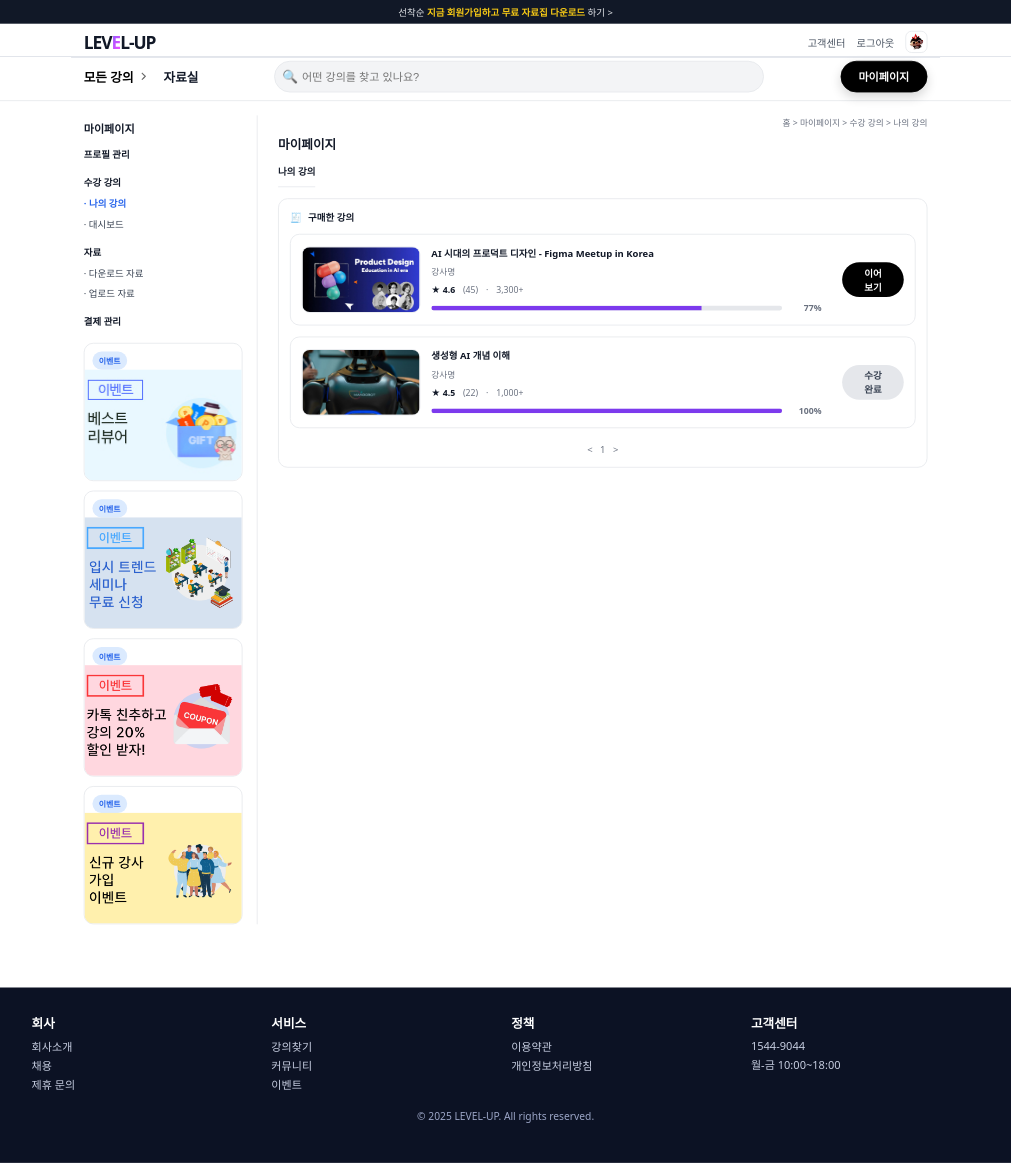
Repository: Iimchaehoon/level_up
Page: mypage.html
These files come from the project's save history. The page is drawn as it stood at one moment and after the next save; the edit follows.
The browser window is 1280 px wide. The pictures show the whole page, at 79% of full size.

Above is the page before, as saved 2025-12-16 23:16:00.

### mypage.html
<!doctype html>
<html lang="ko">
<head>
  <meta charset="UTF-8" />
  <meta name="viewport" content="width=device-width,initial-scale=1" />
  <title>마이페이지 | LEVEL-UP</title>

  <link rel="stylesheet" href="styles.css" />

  <style>
    :root{
      --gray-50:#f9fafb; --gray-100:#f3f4f6; --gray-200:#e5e7eb; --gray-300:#d1d5db;
      --gray-400:#9ca3af; --gray-500:#6b7280; --gray-600:#4b5563; --gray-700:#374151;
      --black:#111827; --primary:#2563eb;
    }
    *{ box-sizing:border-box; }
    body{ margin:0; font-family:"Noto Sans KR",system-ui,-apple-system,BlinkMacSystemFont,"Segoe UI",sans-serif; background:#fff; color:var(--black); }
    a{ color:inherit; text-decoration:none; }
    img{ max-width:100%; display:block; }
    button{ font-family:inherit; }

    /* ✅ 커서 */
    .brand,.nav-util,.menu-title,.profile-avatar,.mypage-btn{ cursor:pointer; }

    /* ───────── 상단 공지 ───────── */
    .topbar{ background:#111827; color:#e5e7eb; font-size:12px; text-align:center; padding:6px 16px; }
    .topbar strong{ color:#facc15; font-weight:600; }

    /* ───────── 헤더(네가 준 구조 그대로) ───────── */
    .header{ background:#fff; border-bottom:1px solid var(--gray-200); position:sticky; top:0; z-index:20; }
    .header-top{
      display:flex; align-items:center; justify-content:space-between;
      max-width:1100px; margin:0 auto; padding:8px 16px 4px;
    }
    .brand{ font-size:22px; font-weight:800; letter-spacing:-0.06em; }
    .brand__e{
      display:inline-block;
      background:linear-gradient(120deg,#7b5cff,#ff4bff);
      -webkit-background-clip:text; color:transparent;
    }
    .header-top__right{ display:flex; align-items:center; gap:14px; font-size:13px; }
    .nav-util{ color:var(--gray-600); }
    .profile-avatar{
      width:28px; height:28px; border-radius:8px; object-fit:cover; border:1px solid var(--gray-200);
    }

    .header-bottom{
      display:grid;
      grid-template-columns:auto minmax(260px,1fr) auto;
      align-items:center; gap:16px;
      max-width:1100px; margin:0 auto;
      padding:4px 16px 10px;
      border-top:1px solid rgba(148,163,184,.35);
    }
    .header-bottom__left{ display:flex; align-items:center; gap:16px; }
    .menu-title{
      background:none; border:none; padding:6px 0; font:inherit;
      font-weight:600; display:inline-flex; align-items:center; gap:4px;
    }
    .menu-title:hover{ color:var(--primary); }

    .header-bottom__center{ display:flex; justify-content:center; }
    .header-bottom__right{ display:flex; justify-content:flex-end; }

    .nav__search{ position:relative; max-width:620px; width:100%; }
    .nav__search input{
      width:100%;
      padding:11px 14px 11px 34px;
      border-radius:999px;
      border:1px solid var(--gray-200);
      background:var(--gray-100);
      font-size:14px;
    }
    .icon-search{
      position:absolute; left:10px; top:50%; transform:translateY(-50%);
      font-size:16px; color:var(--gray-600);
      cursor:default;
    }

    .menu-toggle-icon{
      width:18px; height:18px;
      background-image:url("./assets/Button_1.png");
      background-size:contain; background-repeat:no-repeat; background-position:center;
      transform:rotate(0deg);
      transform-origin:center;
      transition:transform .15s ease;
    }
    .menu-toggle-icon.open{ transform:rotate(90deg); }

    .btn{
      border-radius:12px;
      border:1px solid transparent;
      padding:10px 16px;
      font-weight:600;
      cursor:pointer;
      background:#fff;
      color:var(--black);
      transition:all .2s ease;
    }
    .btn.mypage-btn{
      border-radius:999px;
      background:#000;
      color:#fff;
      padding:9px 22px;
      font-size:14px;
      border:1px solid #000;
    }
/* ✅ 마이페이지 버튼: 은은한 입체감 + 자연스러운 hover/active */
.btn.mypage-btn{
  box-shadow: 0 6px 14px rgba(0,0,0,0.16);
  transition: background-color .18s ease, box-shadow .18s ease, transform .18s ease;
}

.btn.mypage-btn:hover{
  background: rgba(0,0,0,0.86);          /* 너무 밝게 안 바뀌게 */
  box-shadow: 0 8px 18px rgba(0,0,0,0.18);
  transform: translateY(-1px);           /* 아주 살짝만 */
}

.btn.mypage-btn:active{
  background: rgba(0,0,0,0.78);
  box-shadow: 0 4px 10px rgba(0,0,0,0.14);
  transform: translateY(1px);            /* 눌림 느낌 */
}
/* 마이페이지 버튼: 마우스 오버 시 포인터 */
.btn.mypage-btn{
  cursor: pointer;
}

    /* 드롭다운 */
    .nav-dropdown{
      display:none;
      position:absolute;
      top:0; left:0;
      background:#fff;
      border-radius:18px;
      box-shadow:0 20px 40px rgba(15,23,42,.18);
      padding:10px 0;
      min-width:260px;
      z-index:30;
    }
    .nav-dropdown__list{ list-style:none; margin:0; padding:0; }
    .nav-dropdown__item{
      display:flex; align-items:center; gap:10px;
      padding:8px 16px; font-size:14px; white-space:nowrap;
      cursor:pointer;
    }
    .nav-dropdown__item + .nav-dropdown__item{ border-top:1px solid var(--gray-200); }
    .nav-dropdown__item:hover{ background:var(--gray-50); }
    .nav-dropdown__icon{ width:22px; height:22px; object-fit:contain; }

    /* ───────── 마이페이지 레이아웃 ───────── */
    .mypage-wrap{
      max-width:1100px;
      margin:0 auto;
      padding:18px 16px 80px;
      display:grid;
      grid-template-columns:220px 1fr;
      gap:26px;
    }
    .side{ border-right:1px solid var(--gray-200); padding-right:18px; }
    .side__title{ font-size:14px; font-weight:900; margin:6px 0 14px; }
    .side__group{ margin-bottom:18px; }
    .side__group h4{ margin:0 0 8px; font-size:12px; font-weight:900; color:var(--black); }
    .side__links{ display:flex; flex-direction:column; gap:8px; font-size:12px; }
    .side__links a{ color:var(--gray-700); }
    .side__links a.active{ color:var(--primary); font-weight:900; }

    /* ✅ 광고(lecture/img5~img8) — 꽉 차게 */
    .side__cards{ margin-top:14px; display:flex; flex-direction:column; gap:12px; }
    .evt{ border:1px solid var(--gray-200); border-radius:12px; overflow:hidden; background:#fff; }
    .evt__badge{
      display:inline-block;
      font-size:10px; font-weight:900;
      padding:4px 8px;
      background:#dbeafe; color:var(--primary);
      border-radius:999px;
      margin:10px 10px 0;
    }
    .evt img{
      width:100%;
      height:140px;         /* ✅ 캡처처럼 카드 높이 고정 */
      object-fit:cover;     /* ✅ 꽉 차게 */
      display:block;
    }

    .main__crumb{ font-size:11px; color:var(--gray-500); text-align:right; margin:0 0 8px; }
    .main__title{ font-size:16px; font-weight:900; margin:6px 0 14px; }
    .tab-title{
      font-size:12px; font-weight:900;
      margin:0 0 14px; padding-bottom:10px;
      border-bottom:1px solid var(--gray-200);
      width:fit-content;
    }
    .block{ border:1px solid var(--gray-200); border-radius:12px; padding:14px; background:#fff; }
    .block__head{ display:flex; align-items:center; gap:8px; font-size:12px; font-weight:900; margin-bottom:12px; }

    .course-list{ display:flex; flex-direction:column; gap:14px; }
    .course-card{
      border:1px solid var(--gray-200);
      border-radius:12px;
      padding:14px;
      display:grid;
      grid-template-columns:150px 1fr 90px;
      gap:14px;
      align-items:center;
      background:#fff;
    }
    .course-thumb{
      width:150px; height:84px;
      border-radius:10px; overflow:hidden;
      border:1px solid var(--gray-200);
      background:var(--gray-100);
    }
    .course-thumb img{ width:100%; height:100%; object-fit:cover; }
    .course-info .course-name{ font-size:12px; font-weight:900; margin:0 0 6px; }
    .course-info .teacher{ font-size:11px; color:var(--gray-500); margin:0 0 8px; }
    .meta-row{ display:flex; align-items:center; gap:10px; font-size:11px; color:var(--gray-500); margin-bottom:8px; }
    .stars{ color:var(--black); font-weight:900; }
    .progress-row{ display:flex; align-items:center; gap:10px; }
    .progress{ flex:1; height:6px; background:var(--gray-200); border-radius:999px; overflow:hidden; }
    .progress > span{ display:block; height:100%; background:#7c3aed; }
    .pct{ font-size:11px; color:var(--gray-500); width:40px; text-align:right; font-weight:900; }
    .course-action{ display:flex; justify-content:flex-end; }
    .btn-action{
      width:78px; height:44px;
      border-radius:999px; border:none;
      cursor:pointer; font-size:12px; font-weight:900;
    }
    .btn-action.black{ background:#000; color:#fff; }
    .btn-action.gray{ background:var(--gray-200); color:var(--gray-700); }
    .pager{ margin-top:18px; text-align:center; font-size:12px; color:var(--gray-500); user-select:none; }

    @media (max-width: 980px){
      .mypage-wrap{ grid-template-columns:1fr; }
      .side{ border-right:none; padding-right:0; }
      .course-card{ grid-template-columns:120px 1fr; grid-template-rows:auto auto; }
      .course-action{ grid-column:1 / -1; justify-content:flex-end; }
      .course-thumb{ width:120px; height:72px; }
    }
    /* ✅ 구매한 강의 카드: hover/active 효과 + 클릭 커서 */
.course-card{
  cursor: pointer;
  transition: transform .18s ease, box-shadow .18s ease, border-color .18s ease;
}
.course-card:hover{
  transform: translateY(-3px);
  box-shadow: 0 12px 24px rgba(15,23,42,.08);
  border-color: var(--gray-300);
}
.course-card:active{
  transform: translateY(-1px);
}

/* 카드 안 버튼은 카드 클릭과 분리 */
.course-card .btn-action{ cursor: pointer; }
/* 구매한 강의 카드: 기본 */
.course-card{
  cursor: pointer;
}

/* hover는 기존 유지 */

/* ✅ 클릭(active) 시 파란 아웃라인만 */
.course-card:active{
  outline: 2px solid var(--primary);
  outline-offset: -2px;
}
.footer {
  background: #0c1224;
  color: #c7cee1;
  padding: 32px 24px 50px;
}

.footer__links {
  max-width: 1200px;
  margin: 0 auto 18px;
  display: grid;
  grid-template-columns: repeat(auto-fit, minmax(180px, 1fr));
  gap: 14px;
}

.footer h4 {
  margin: 0 0 8px;
  color: #ffffff;
}

.footer a {
  display: block;
  margin: 4px 0;
  font-size: 14px;
}

.footer__copy {
  margin: 0;
  text-align: center;
  font-size: 13px;
  color: #9ca6c7;
}
  </style>
</head>

<body>
  <div class="topbar">
    선착순 <strong>지금 회원가입하고 무료 자료집 다운로드</strong> 하기 &gt;
  </div>

  <!-- ✅ 헤더: 네가 준 구조 그대로 -->
  <header class="header">
    <div class="header-top">
      <div class="header-top__left">
        <a href="index.html" class="brand">LEV<span class="brand__e">E</span>L-UP</a>
      </div>
      <div class="header-top__right header-top__right--authed">
        <span class="nav-util">고객센터</span>
        <span class="nav-util">로그아웃</span>
        <img class="profile-avatar" src="./assets/ddd_thumbnail.png" alt="프로필" />
      </div>
    </div>

    <div class="header-bottom">
      <div class="header-bottom__left">
        <button class="menu-title has-dropdown" id="allLecturesBtn" type="button">
          <span>모든 강의</span>
          <span class="menu-toggle-icon" id="menuToggleIcon" aria-hidden="true"></span>
        </button>
        <a class="menu-title" href="./board_free.html">자료실</a>
      </div>

      <div class="header-bottom__center">
        <div class="nav__search">
          <span class="icon-search">🔍</span>
          <input type="text" placeholder="어떤 강의를 찾고 있나요?" />
        </div>
      </div>

      <div class="header-bottom__right">
        <button class="btn mypage-btn" type="button" data-nav="mypage">마이페이지</button>
      </div>
    </div>

    <div class="nav-dropdown" id="navDropdown">
      <ul class="nav-dropdown__list">
        <li class="nav-dropdown__item js-go-ai-basic">
          <img src="./assets/9342101 1.png" alt="" class="nav-dropdown__icon" />
          <span>AI 기초 이해 · 리터러시</span>
        </li>
        <li class="nav-dropdown__item">
          <img src="./assets/9a04e59f-39b9-42de-9d05-d933becf10b4 1.png" alt="" class="nav-dropdown__icon" />
          <span>업무 효율 향상</span>
        </li>
        <li class="nav-dropdown__item">
          <img src="./assets/son-eul-jabgo-huinsaeg-baegyeong-3d-geulim-e-keullibbodeue-chekeuliseuteu-sincheongseo-munseo-jagseong (1) 1.png" alt="" class="nav-dropdown__icon" />
          <span>교육 자료 제작</span>
        </li>
        <li class="nav-dropdown__item">
          <img src="./assets/9731562 1.png" alt="" class="nav-dropdown__icon" />
          <span>원생 관리</span>
        </li>
        <li class="nav-dropdown__item">
          <img src="./assets/10316159 1.png" alt="" class="nav-dropdown__icon" />
          <span>상담 업무</span>
        </li>
        <li class="nav-dropdown__item">
          <img src="./assets/63624731-5ef5-4ba4-8c7f-82a551538336 1.png" alt="" class="nav-dropdown__icon" />
          <span>강의 기획 · 교육 설계</span>
        </li>
        <li class="nav-dropdown__item">
          <img src="./assets/9d016f34-375d-4ba7-8c87-c7b0c5c7740b 1.png" alt="" class="nav-dropdown__icon" />
          <span>강의 홍보 · 피드백</span>
        </li>
        <li class="nav-dropdown__item">
          <img src="./assets/04f8dee7-4018-491e-96a9-dbf9a50d942b 1.png" alt="" class="nav-dropdown__icon" />
          <span>자료 · 로고 디자인</span>
        </li>
        <li class="nav-dropdown__item">
          <img src="./assets/11591525 1.png" alt="" class="nav-dropdown__icon" />
          <span>창업 · 수익화</span>
        </li>
      </ul>
    </div>
  </header>

  <main class="mypage-wrap">
    <aside class="side">
      <div class="side__title">마이페이지</div>

      <div class="side__group"><h4>프로필 관리</h4></div>

      <div class="side__group">
        <h4>수강 강의</h4>
        <div class="side__links">
          <a href="#" class="active">· 나의 강의</a>
          <a href="#">· 대시보드</a>
        </div>
      </div>

      <div class="side__group">
        <h4>자료</h4>
        <div class="side__links">
          <a href="#">· 다운로드 자료</a>
          <a href="#">· 업로드 자료</a>
        </div>
      </div>

      <div class="side__group"><h4>결제 관리</h4></div>

      <!-- ✅ 광고: 네가 말한 lecture 폴더 기준(img5~img8) -->
      <div class="side__cards">
        <div class="evt"><span class="evt__badge">이벤트</span><img src="./lecture/img5.png" alt="이벤트 1" /></div>
        <div class="evt"><span class="evt__badge">이벤트</span><img src="./lecture/img6.png" alt="이벤트 2" /></div>
        <div class="evt"><span class="evt__badge">이벤트</span><img src="./lecture/img7.png" alt="이벤트 3" /></div>
        <div class="evt"><span class="evt__badge">이벤트</span><img src="./lecture/img8.png" alt="이벤트 4" /></div>
      </div>
    </aside>

    <section class="main">
      <div class="main__crumb">홈 &gt; 마이페이지 &gt; 수강 강의 &gt; 나의 강의</div>

      <div class="main__title">마이페이지</div>
      <div class="tab-title">나의 강의</div>

      <div class="block">
        <div class="block__head"><span aria-hidden="true">🧾</span> 구매한 강의</div>

        <div class="course-list">
          <div class="course-card">
            <div class="course-thumb"><img src="./my/334312.gif.mp4.png" alt="강의 썸네일" /></div>
            <div class="course-info">
              <p class="course-name">AI 시대의 프로덕트 디자인 - Figma Meetup in Korea</p>
              <p class="teacher">강사명</p>
              <div class="meta-row"><span class="stars">★ 4.6</span><span>(45)</span><span>·</span><span>3,300+</span></div>
              <div class="progress-row">
                <div class="progress"><span style="width:77%"></span></div>
                <div class="pct">77%</div>
              </div>
            </div>
            <div class="course-action"><button class="btn-action black" type="button">이어<br/>보기</button></div>
          </div>

          <div class="course-card">
            <div class="course-thumb"><img src="./my/생성형 AI 개념 이해.png" alt="강의 썸네일" /></div>
            <div class="course-info">
              <p class="course-name">생성형 AI 개념 이해</p>
              <p class="teacher">강사명</p>
              <div class="meta-row"><span class="stars">★ 4.5</span><span>(22)</span><span>·</span><span>1,000+</span></div>
              <div class="progress-row">
                <div class="progress"><span style="width:100%"></span></div>
                <div class="pct">100%</div>
              </div>
            </div>
            <div class="course-action"><button class="btn-action gray" type="button">수강<br/>완료</button></div>
          </div>
        </div>

        <div class="pager">&lt; &nbsp; 1 &nbsp; &gt;</div>
      </div>
    </section>
  </main>
<footer class="footer">
    <div class="footer__links">
      <div>
        <h4>회사</h4>
        <a href="#">회사소개</a>
        <a href="#">채용</a>
        <a href="#">제휴 문의</a>
      </div>
      <div>
        <h4>서비스</h4>
        <a href="#">강의찾기</a>
        <a href="#">커뮤니티</a>
        <a href="#">이벤트</a>
      </div>
      <div>
        <h4>정책</h4>
        <a href="#">이용약관</a>
        <a href="#">개인정보처리방침</a>
      </div>
      <div>
        <h4>고객센터</h4>
        <a href="tel:1544-9044">1544-9044</a>
        <a href="#">월-금 10:00~18:00</a>
      </div>
    </div>
    <p class="footer__copy">© 2025 LEVEL-UP. All rights reserved.</p>
  </footer>

  <script defer src="./js/nav.js"></script>
  <script>
    // ✅ 마이페이지 버튼 공통 이동
    document.addEventListener("click", (e) => {
      const btn = e.target.closest('[data-nav="mypage"]');
      if (!btn) return;
      window.location.href = "mypage.html";
    });

    // ✅ "모든 강의" 드롭다운
    const allLecturesBtn = document.getElementById("allLecturesBtn");
    const navDropdown = document.getElementById("navDropdown");
    const menuToggleIcon = document.getElementById("menuToggleIcon");
    let open = false;

    allLecturesBtn?.addEventListener("click", (e) => {
      e.stopPropagation();
      open = !open;
      navDropdown.style.display = open ? "block" : "none";
      menuToggleIcon.classList.toggle("open", open);

      // 헤더 아래줄 기준으로 드롭다운 위치 맞춤
      const rect = allLecturesBtn.getBoundingClientRect();
      navDropdown.style.top = (rect.bottom + window.scrollY + 6) + "px";
      navDropdown.style.left = (rect.left + window.scrollX) + "px";
    });

    document.addEventListener("click", (e) => {
      if (!open) return;
      if (!navDropdown.contains(e.target) && !allLecturesBtn.contains(e.target)) {
        open = false;
        navDropdown.style.display = "none";
        menuToggleIcon.classList.remove("open");
      }
    });
    document.querySelector(".js-go-ai-basic")?.addEventListener("click", () => {
  window.location.href = "lecture_ai_basic.html";
});
// ✅ 구매한 강의 카드 클릭 → 나의강의 페이지로 이동
// (원하는 파일명으로 바꿔: my_lecture.html / mycourse.html 등)
const MY_LECTURE_URL = "./my_lecture.html";

document.querySelectorAll(".course-card").forEach((card) => {
  card.addEventListener("click", () => {
    window.location.href = MY_LECTURE_URL;
  });
});

// ✅ 카드 안 버튼(이어보기/수강완료) 눌렀을 때도 동일 이동(원하면 제거 가능)
document.querySelectorAll(".course-card .btn-action").forEach((btn) => {
  btn.addEventListener("click", (e) => {
    e.stopPropagation();
    window.location.href = MY_LECTURE_URL;
  });
});

  </script>
</body>
</html>

Loaded but not shown: js/nav.js (8 lines, source omitted); styles.css (3355 lines, source omitted)

After the next save:
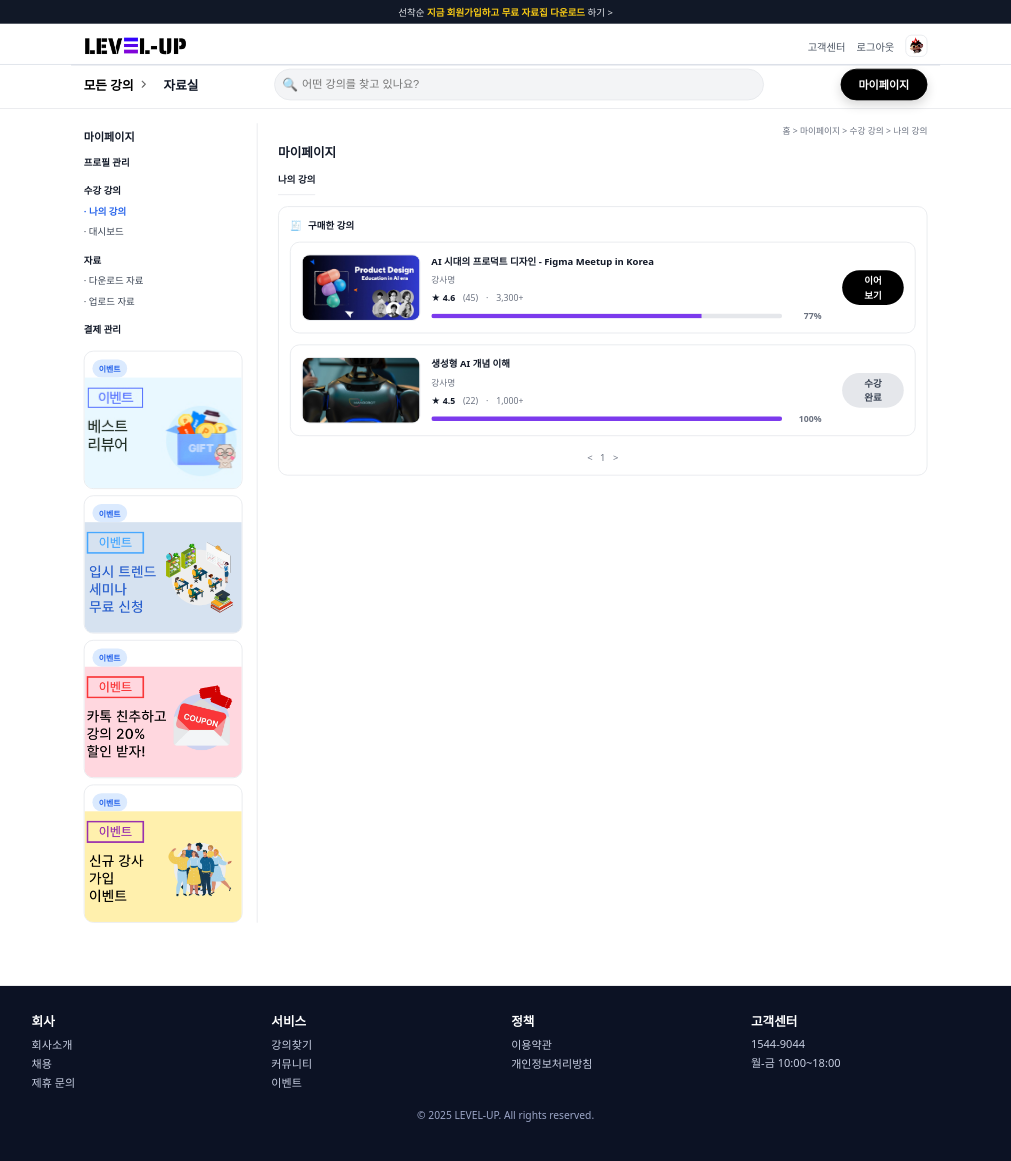
Saved 4 min 31 s later.
--- a/mypage.html
+++ b/mypage.html
@@ -167,7 +167,17 @@
     .side__links a.active{ color:var(--primary); font-weight:900; }
 
     /* ✅ 광고(lecture/img5~img8) — 꽉 차게 */
-    .side__cards{ margin-top:14px; display:flex; flex-direction:column; gap:12px; }
+    .side__cards    {
+      margin-top: 16px;
+      display: flex;
+      flex-direction: column;
+      gap: 8px;
+    }
+
+    .sidebar-events img {
+      border-radius: 4px;
+      cursor: pointer;
+    }
     .evt{ border:1px solid var(--gray-200); border-radius:12px; overflow:hidden; background:#fff; }
     .evt__badge{
       display:inline-block;
@@ -309,7 +319,10 @@
   <header class="header">
     <div class="header-top">
       <div class="header-top__left">
-        <a href="index.html" class="brand">LEV<span class="brand__e">E</span>L-UP</a>
+         <a href="index.html" class="brand" id="brandLogo">
+  <img src="./assets/top_logo.png" alt="LEVEL-UP" width="130" height="40">
+</a>
+
       </div>
       <div class="header-top__right header-top__right--authed">
         <span class="nav-util">고객센터</span>
